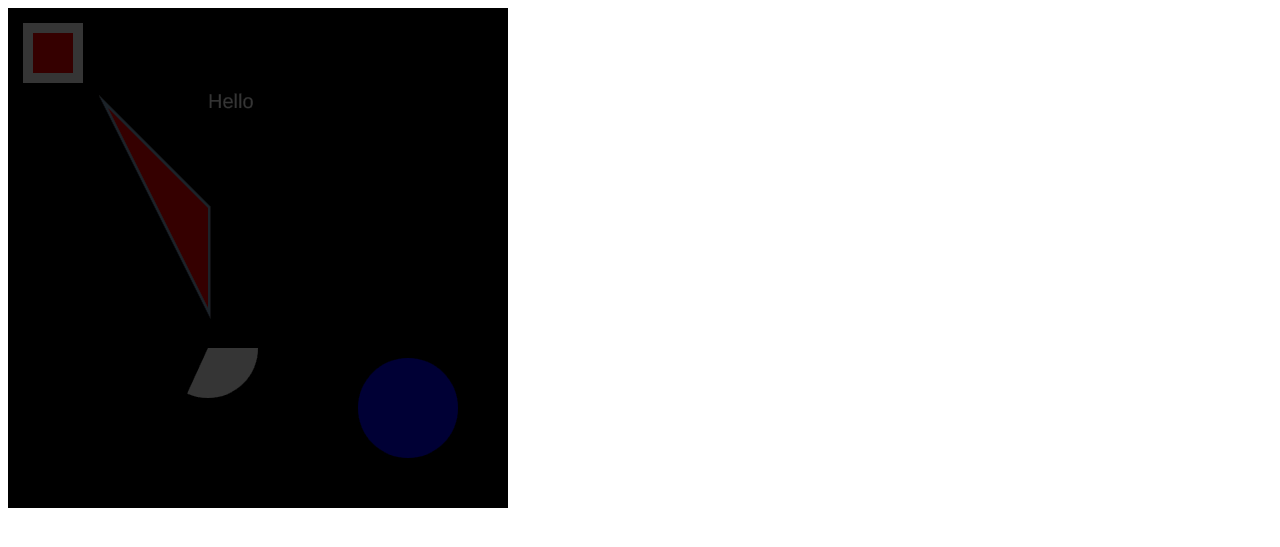
Repository: polymaze/rts-td
Page: canvas.html
The author's editor kept a record of every edit. The page is drawn from the files as they stood at one moment, then again after the next edit.
The browser window is 1280 px wide. The pictures show the whole page.

Above is the page before.
Console error: ReferenceError: posY is not defined

After the next edit:
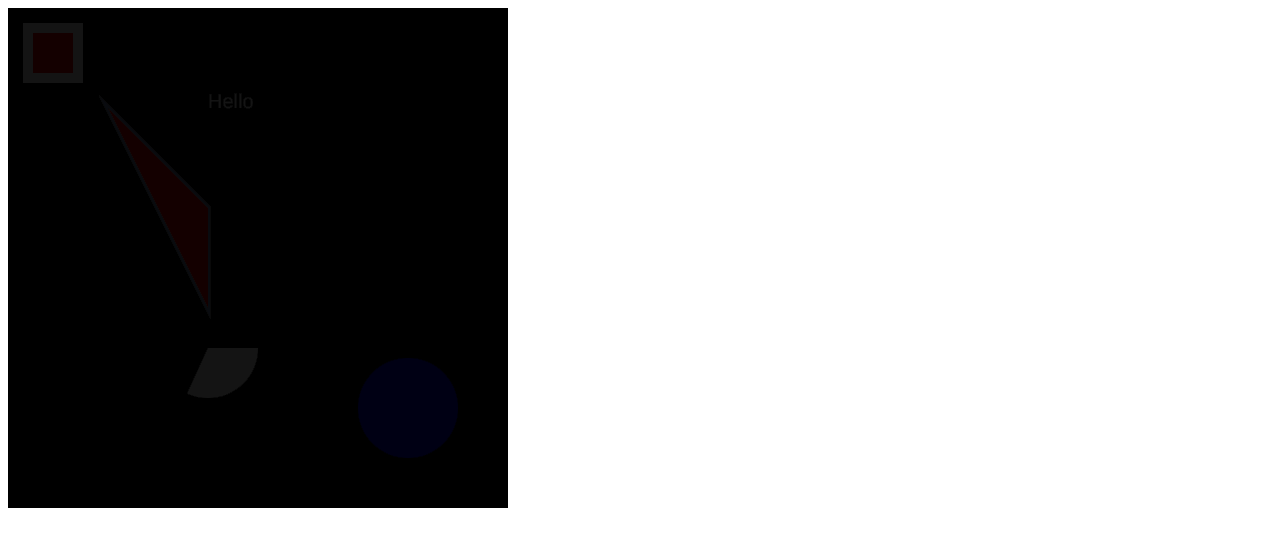
The edit:
--- a/canvas.html
+++ b/canvas.html
@@ -64,7 +64,7 @@
           posX = 200;
         }
 
-        c.fillStyle = "rgba(0,0,0,0.03)";
+        c.fillStyle = "rgba(0,0,0,0.05)";
         c.fillRect(0, 0, canvas.width, canvas.height);
 
         c.fillStyle = "white";
